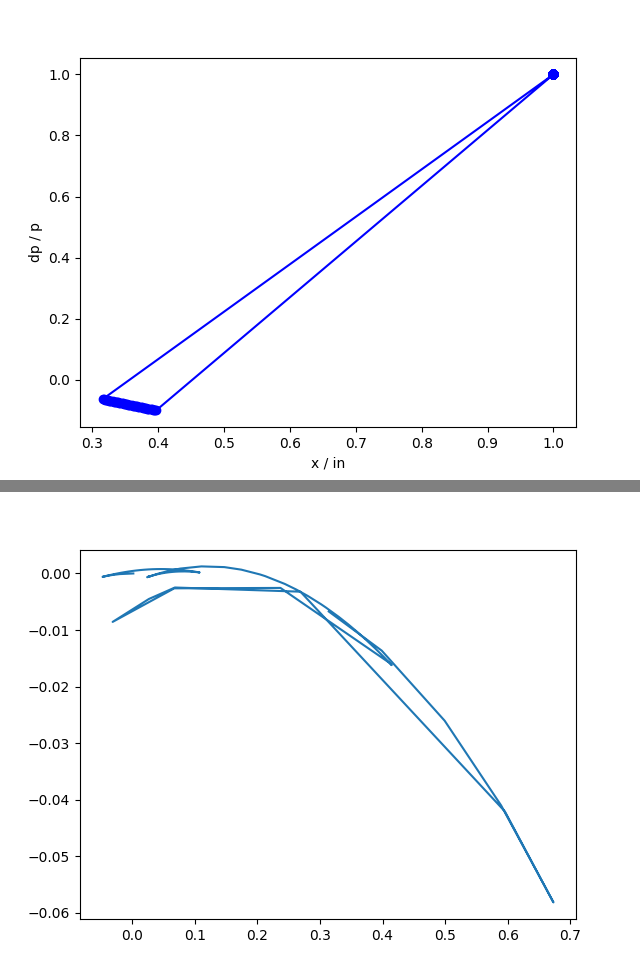
Repository: leiradom/Modified-linear-theory
Script's output: python 3_Shock_correction.py
These files come from the project's save history. The script's output is drawn as it stood at one moment and after the next save; the edit follows.
Each picture stacks the figures in order, with grey between them; figures that are only written to a file come last. Random numbers start from a fixed seed.

Above is the script's output before, as saved 2021-04-08 22:48:01.

After the next save:
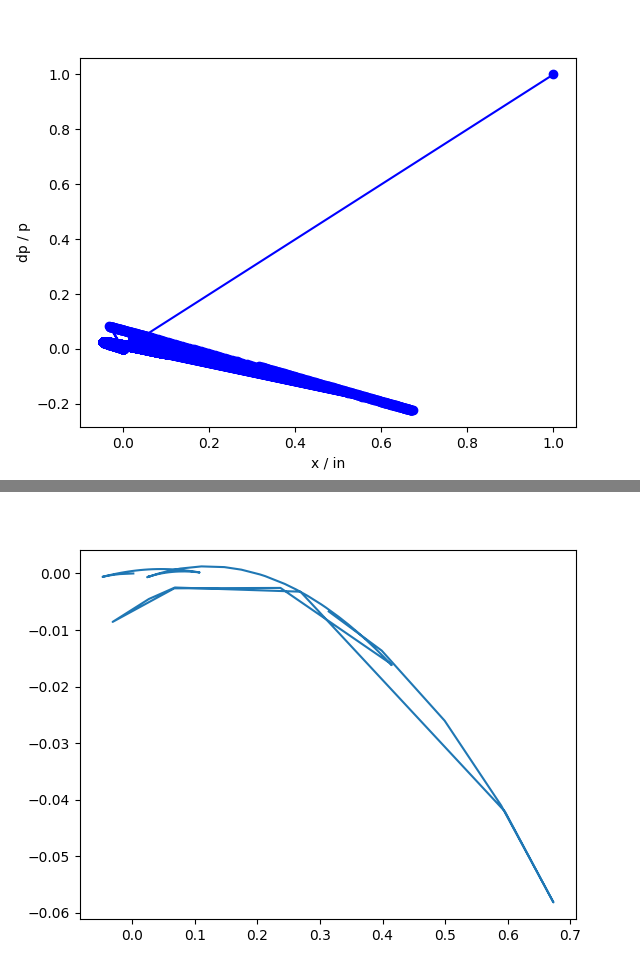
Saved 14 s later.
--- a/3_Shock_correction.py
+++ b/3_Shock_correction.py
@@ -12,6 +12,8 @@ a = len(pressure)                                              #未加点时的
 
 X = np.ones(a,dtype=np.float64)     #存放x的数组 用于加点用的横坐标数组
 Y = np.ones(a,dtype=np.float64)     #存放y的数组 用于加点用的纵坐标数组
+X1 = np.ones(1,dtype=np.float64)
+Y1 = np.ones(1,dtype=np.float64)
 b0 = 50                             #每一个 较大的距离之间增加的点数
 x0 = np.zeros(b0+1,dtype=np.float64)
 y0 = np.zeros(b0+1,dtype=np.float64)
@@ -56,14 +58,10 @@ for i0 in range(0,a-1):
 
 #print(l0)
 
-a0 = a
 
 #2---------------------给距离较大的地方都进行加点
 for i in range(0,a-1):
-    X1 = np.ones(a0,dtype=np.float64)
-    Y1 = np.ones(a0,dtype=np.float64)
-    a0 = a0 + b0 - 1
-    print("a0 = ",a0)
+    #print("a0 = ",a0)
     #li = math.sqrt((X[i+1] - X[i])**2 + (Y[i+1] - Y[i])**2)
     k0 = ((Y[i+1] - Y[i])/(X[i+1] - X[i]))  #两点间的斜率
     #先找到距离较大的点
@@ -80,9 +78,8 @@ for i in range(0,a-1):
         x0[j] = x0[j-1] + h0
         y0[j] = y0[j-1] + k0 * (x0[j] - x0[j-1])
         #将增加的点添加到数组内
-    for k in range(1,b0):
-        X1 = np.insert(X1,i+k,x0[k])
-        Y1 = np.insert(Y1,i+k,y0[k])
+    X1 = np.append(X1,x0)
+    Y1 = np.append(Y1,y0)
     #print(a)
     #p0 = i
 
